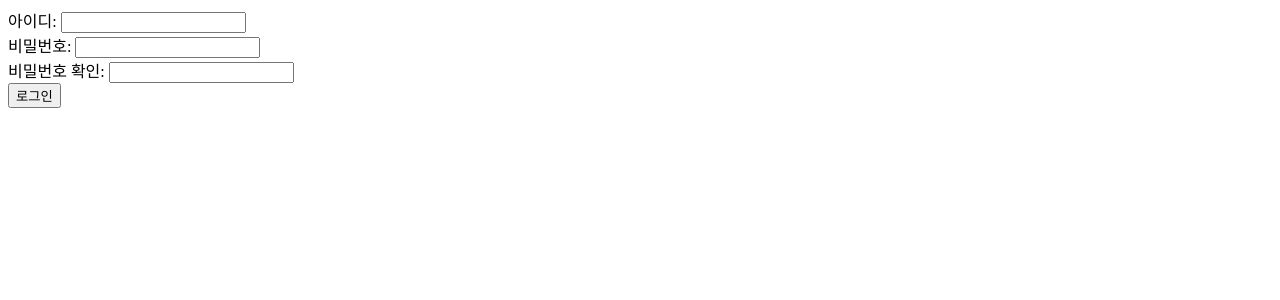
Repository: woneeseo/javastudy
Page: htmlStudy/workspace_html/HelloWorld/WebContent/test1.html
An editor plug-in stored every save of this project. The page is shown before and after the next save, followed by the edit.
The browser window is 1280 px wide. The pictures show the whole page.

Above is the page before, as saved 2020-12-07 00:32:41.

### htmlStudy/workspace_html/HelloWorld/WebContent/test1.html
<!DOCTYPE html>
<html>
<head>
<meta charset="UTF-8">
<title>Insert title here</title>
</head>
<body>

<form action="login.do" method="post">

	<label for="id">아이디: </label>
	<input id="id" name="id">
	<br>

	<label for="pw1">비밀번호: </label>
	<input id="pw1" type="password" name="pw1">
	<br>

	<label for="pw2">비밀번호 확인: </label>
	<input id="pw2" type="password" name="pw2">
	<br>

	<input type="submit" value="로그인">


</form>

</body>
</html>

After the next save:
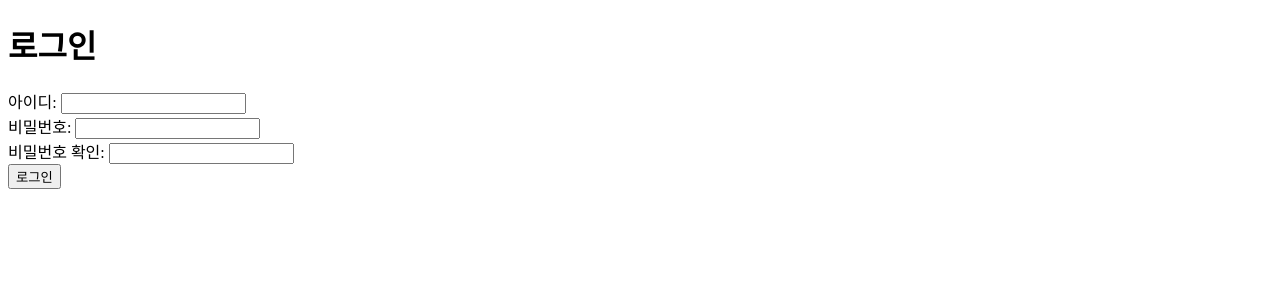
Saved 25 s later.
--- a/htmlStudy/workspace_html/HelloWorld/WebContent/test1.html
+++ b/htmlStudy/workspace_html/HelloWorld/WebContent/test1.html
@@ -7,6 +7,8 @@
 <body>
 
 <form action="login.do" method="post">
+
+	<h1>로그인</h1>
 
 	<label for="id">아이디: </label>
 	<input id="id" name="id">
